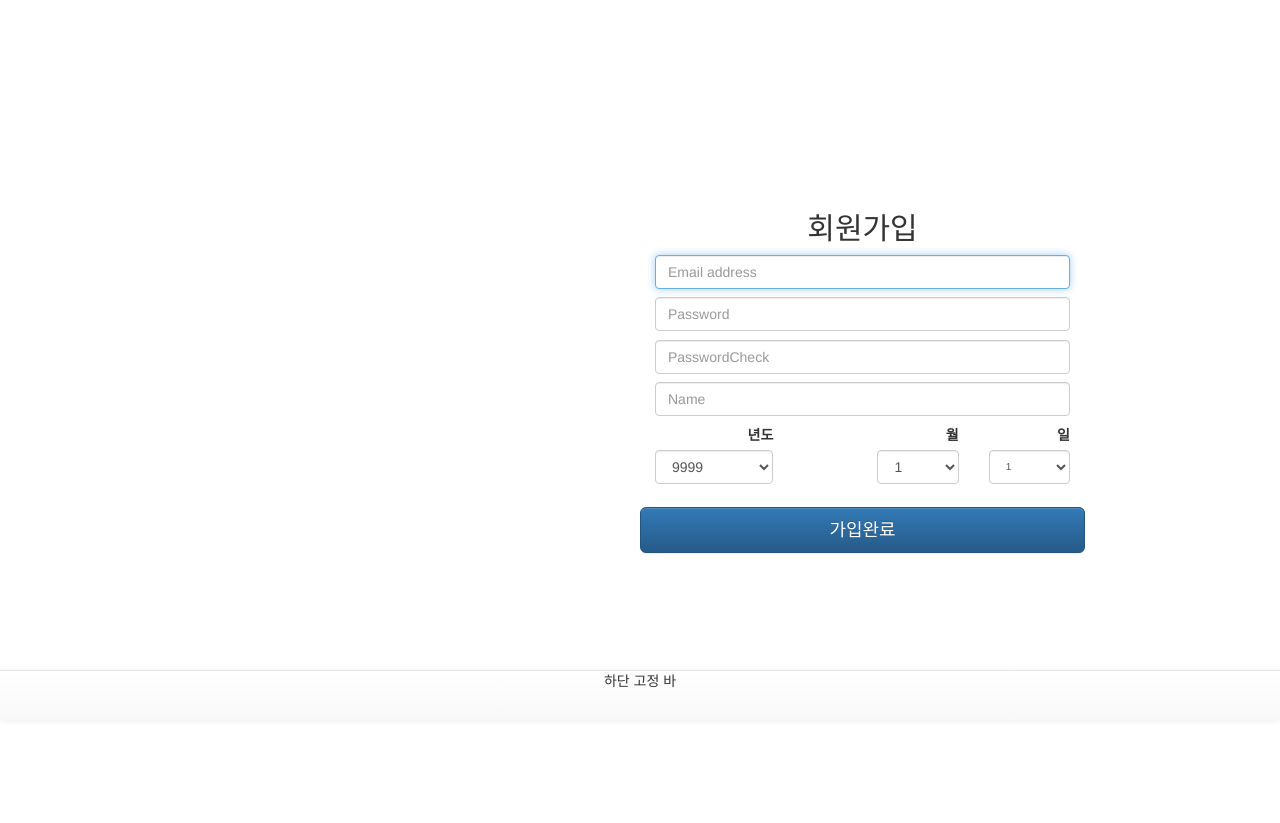
Repository: hrhwbp/Acorn-Final-Project
Page: http://localhost/final_project/index.jsp
These files come from the project's save history. The page is drawn as it stood at one moment and after the next save; the edit follows.
The browser window is 1280 px wide. The pictures show the whole page.
Some web libraries are served in a nearby version. The page is served by Tomcat 9. Nobody is signed in. The application's start-up code is not run.

Above is the page before, as saved 2016-10-26 07:14:42.

After the next save:
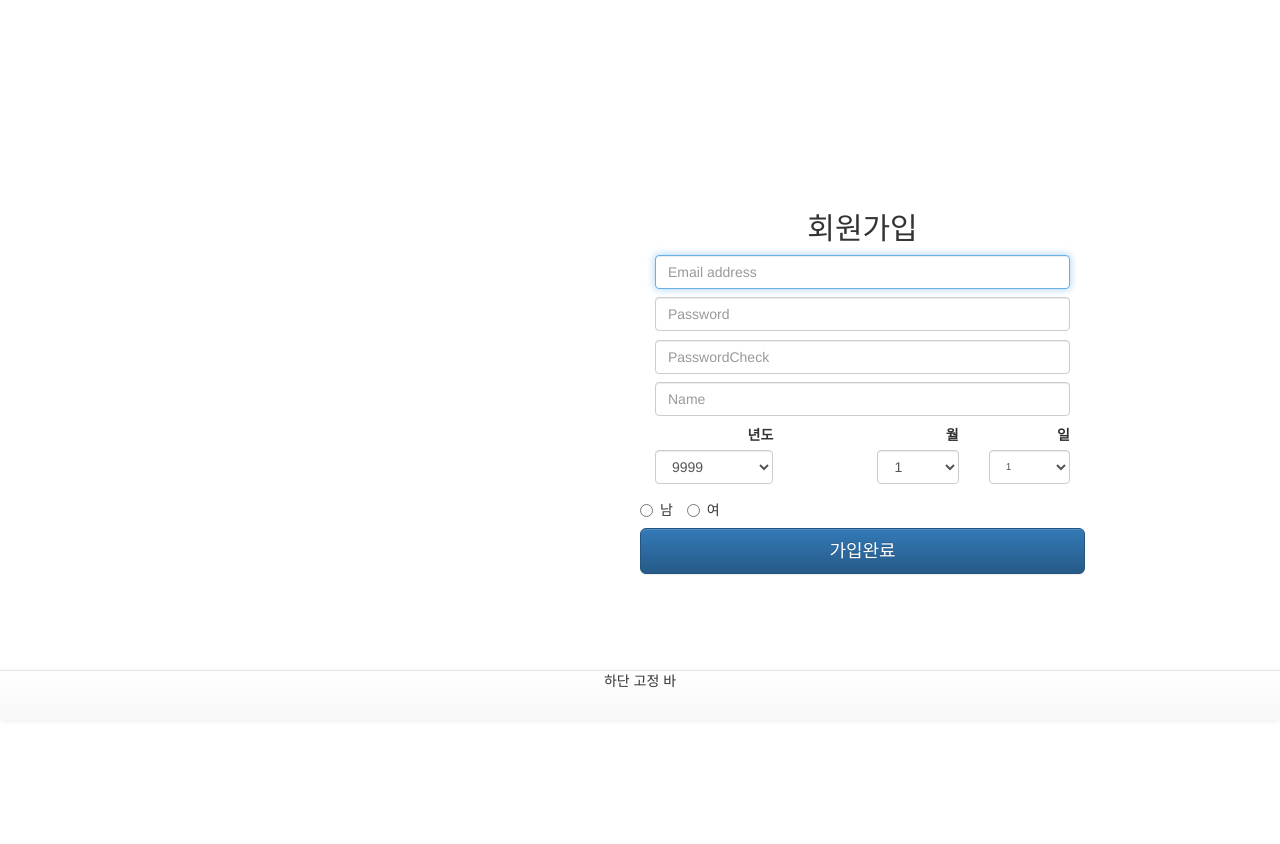
Saved 2 min 20 s later.
--- a/final_project/src/main/webapp/index.jsp
+++ b/final_project/src/main/webapp/index.jsp
@@ -25,7 +25,7 @@
 	padding-bottom: 20%;
 }
 
-.lbl_pd{
+.lbl_pd {
 	padding-top: 3%
 }
 </style>
@@ -81,38 +81,45 @@
 							placeholder="Name" required>
 					</div>
 					<div class="row form-group">
-					<div class="col-md-4 top_pd text-right">
-						<label class="">년도</label>
-						<select class="form-control">
-							<option>9999</option>
-							<option>2</option>
-							<option>3</option>
-							<option>4</option>
-							<option>1115</option>
-						</select>
+						<div class="col-md-4 top_pd text-right">
+							<label class="">년도</label> <select class="form-control">
+								<option>9999</option>
+								<option>2</option>
+								<option>3</option>
+								<option>4</option>
+								<option>1115</option>
+							</select>
+						</div>
+
+						<div class="col-md-3 col-md-offset-2 top_pd text-right">
+							<label class="">월</label> <select class="form-control">
+								<option>1</option>
+								<option>2</option>
+								<option>3</option>
+								<option>4</option>
+								<option>10</option>
+							</select>
+						</div>
+
+						<div class="col-md-3 top_pd text-right">
+							<label class="" for="ss">일</label> <select id="ss"
+								class="form-control" style="font-size: 10px">
+								<option>1</option>
+								<option>2</option>
+								<option>3</option>
+								<option>4</option>
+								<option>10</option>
+							</select>
+						</div>
 					</div>
-
-					<div class="col-md-3 col-md-offset-2 top_pd text-right">
-						<label class="">월</label>
-						<select class="form-control">
-							<option>1</option>
-							<option>2</option>
-							<option>3</option>
-							<option>4</option>
-							<option>10</option>
-						</select>
-					</div>
-
-					<div class="col-md-3 top_pd text-right">
-						<label class="" for="ss">일</label>
-						<select id="ss" class="form-control" style="font-size: 10px">
-							<option>1</option>
-							<option>2</option>
-							<option>3</option>
-							<option>4</option>
-							<option>10</option>
-						</select>
-					</div>
+					<div class="row">
+						<label class="radio-inline"> <input type="radio"
+							name="inlineRadioOptions" id="inlineRadio1" value="option1">
+							남
+						</label> <label class="radio-inline"> <input type="radio"
+							name="inlineRadioOptions" id="inlineRadio2" value="option2">
+							여
+						</label>
 					</div>
 					<div class="row top_pd">
 						<button class="btn btn-lg btn-primary btn-block" type="submit">가입완료</button>
